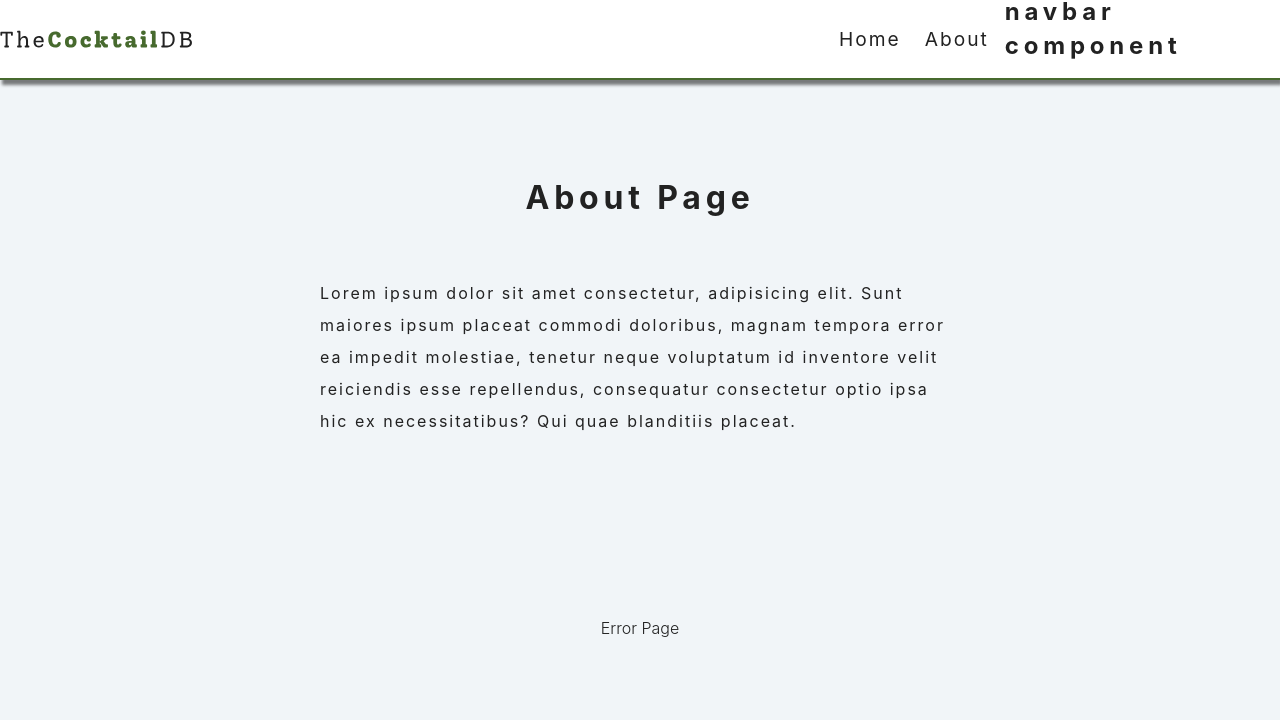
Repository: davidaloba/cocktails
Page: /about
These files come from the project's save history. The page is drawn as it stood at one moment and after the next save; the edit follows.
The browser window is 1280 px wide. The pictures show the whole page.
The project was rebuilt for these pictures with package versions that can differ from the ones it lists, and the page was loaded fresh each time. Also part of the build but not shown: src/components/SearchForm.js, src/pages/Home.js, src/components/Loading.js, src/pages/SingleCocktail.js. Imported but missing from the stored project, and not drawn on this page: src/components/CocktailList.

Above is the page before, as saved 2022-01-13 21:57:30.

After the next save:
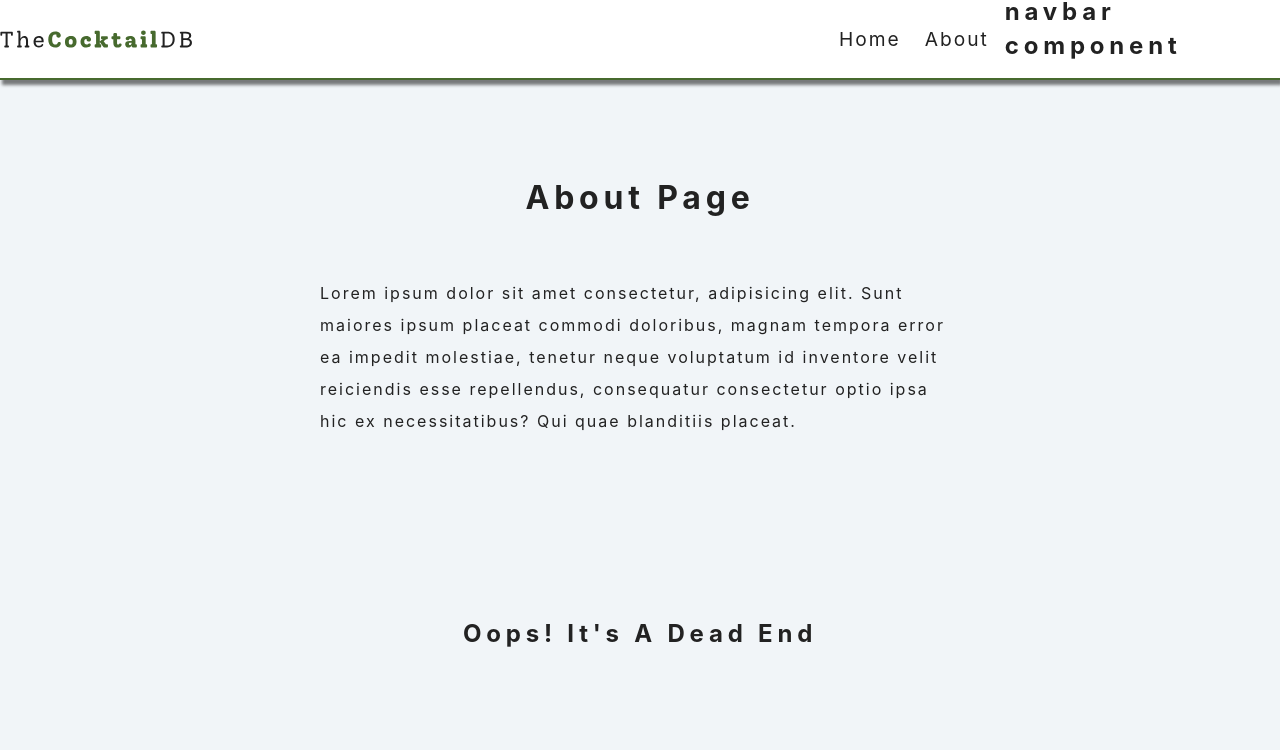
Saved 89 s later.
--- a/src/pages/Error.js
+++ b/src/pages/Error.js
@@ -4,7 +4,9 @@ import { Link } from "react-router-dom";
 const Error = () => {
   return (
     <section className="error-page section">
-      <div className="error-container">error page</div>
+      <div className="error-container">
+        <h1>Oops! it's a dead end</h1>
+      </div>
     </section>
   );
 };
